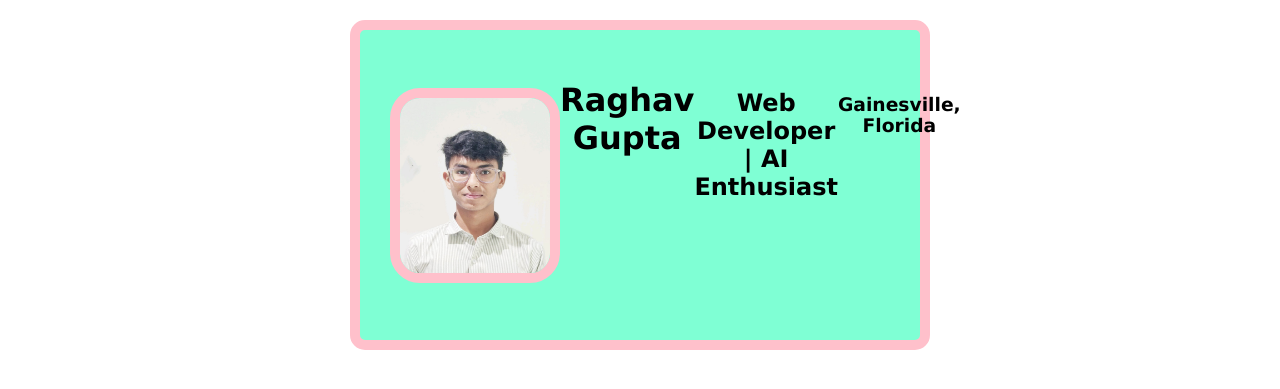
Repository: raghhavv03/html-css-practice
Page: css-task-2/index.html
An editor plug-in stored every save of this project. The page is shown before and after a run of saves, followed by the edit.
The browser window is 1280 px wide. The pictures show the whole page.

Above is the page before, as saved 2026-02-04 04:34:07.

After the next 2 saves:
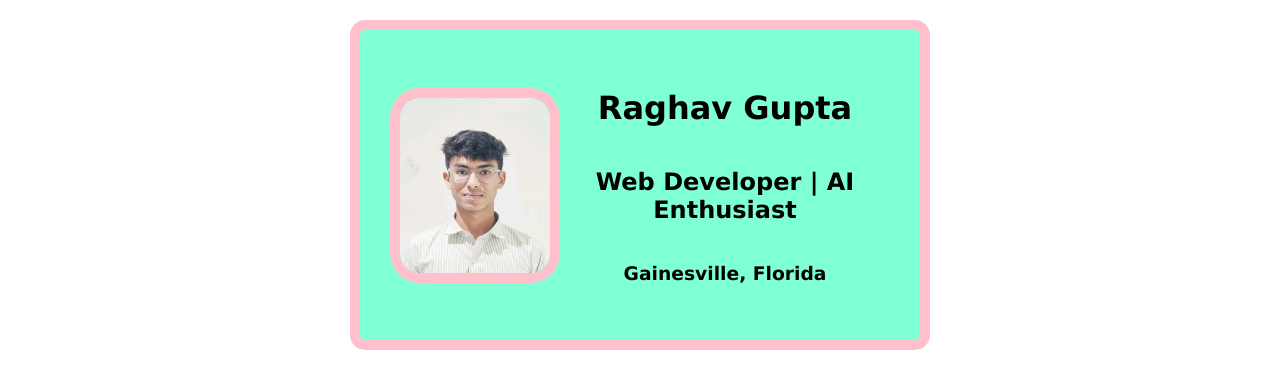
The 2 saves are shown as one change because they came seconds apart.
The last was saved 8 s later.
--- a/css-task-2/style.css
+++ b/css-task-2/style.css
@@ -32,7 +32,7 @@ body {
 
 .personal-details-container {
     display: flex;
-    align-items: baseline;
+    flex-direction: column;
     justify-content: center;
     text-align: center;
 }
